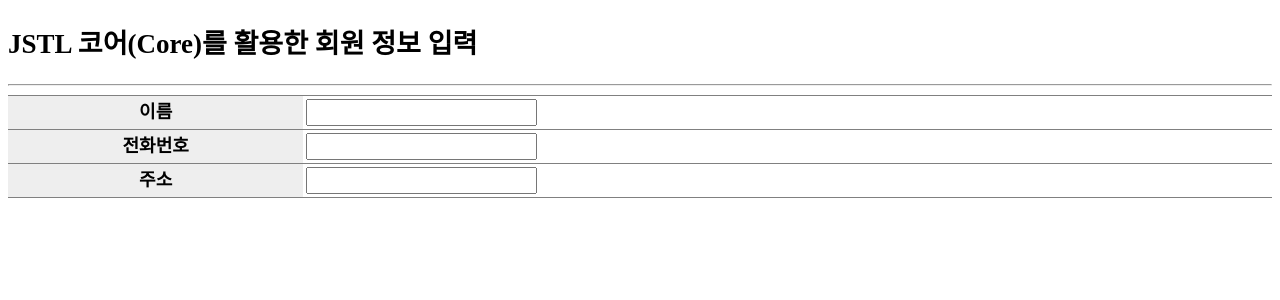
Repository: onpul/Web
Page: http://localhost/WebApp22/MemberInsertForm.jsp
These files come from the project's save history. The page is drawn as it stood at one moment and after the next save; the edit follows.
The browser window is 1280 px wide. The pictures show the whole page.
The page is served by Tomcat 9. Other server files are loaded and not shown.

Above is the page before, as saved 2022-04-29 08:29:24.

### WebApp22/WebContent/MemberInsertForm.jsp
<%@ page contentType="text/html; charset=UTF-8"%>
<%@ taglib prefix="c" uri="http://java.sun.com/jsp/jstl/core"%>
<%
	request.setCharacterEncoding("UTF-8");
	String cp = request.getContextPath();
%>
<!DOCTYPE html>
<html>
<head>
<meta charset="UTF-8">
<title>MemberInsertForm.jsp</title>
<link rel="stylesheet" type="text/css" href="<%=cp %>/css/main.css">
</head>
<body>

<div>
	<h2>JSTL 코어(Core)를 활용한 회원 정보 입력</h2>
	<hr>
</div>

<div>
	<form action="MemberInsert.jsp">
		<!-- (이름, 전화번호, 주소) * 5명 분 -->
		<!-- → submit 액션 처리 -->
		<table class="table">
			<tr>
				<th>이름</th>
				<td>
					<input type="text" name="name"/>
				</td>
			</tr>
			<tr>
				<th>전화번호</th>
				<td>
					<input type="text" name="tel"/>
				</td>
			</tr>
			<tr>
				<th>주소</th>
				<td>
					<input type="text" name="addr"/>
				</td>
			</tr>
		</table>
	</form>
</div>

</body>
</html>

### WebApp22/WebContent/css/main.css
@charset "UTF-8";

*
{
	font-family: 맑은고딕;
	color: black;
}

body, p, div, span, input, table, th, td, select
{
	font-size: 18px;
}

.control
{
	border: 1px solid gray;
	border-radius: 3px;
}

.table
{
	border-collapse: collapse;
	width: 100%;
}

.table th, .table td
{
	border: 1px solid gray;
	border-left: 0px;
	border-right: 0px;
	padding: 3px;
	line-height: 150%;
}

.table th
{
	font-weight: bold;
	background-color: #eeeeee;
}

.btn
{
	font-weight: bold;
}

.btn:hover
{
	color: white;
	background-color: #787;
}

After the next save:
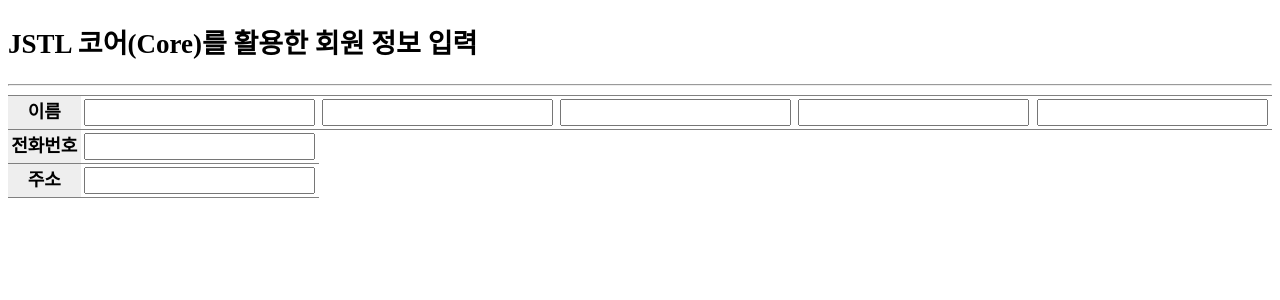
Saved 2 min 5 s later.
--- a/WebApp22/WebContent/MemberInsertForm.jsp
+++ b/WebApp22/WebContent/MemberInsertForm.jsp
@@ -25,9 +25,11 @@
 		<table class="table">
 			<tr>
 				<th>이름</th>
-				<td>
+				<c:forEach var="a" begin="1" end="5" step="1">
+					<td>
 					<input type="text" name="name"/>
-				</td>
+					</td>
+				</c:forEach>
 			</tr>
 			<tr>
 				<th>전화번호</th>
